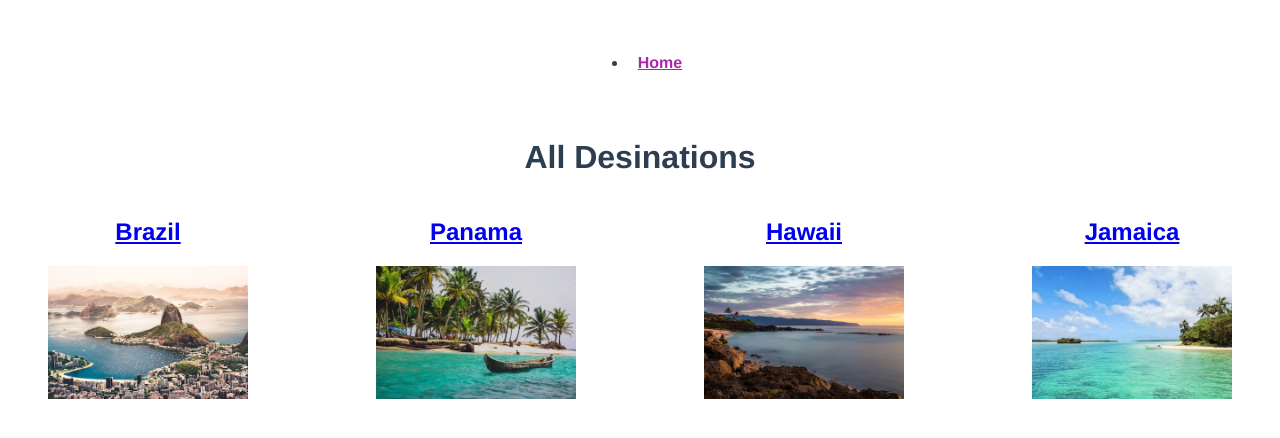
Repository: June-Hall/MiniTravelApp
Page: /
The author's editor kept a copy of each file at every save. The page is drawn from the files as they stood at one save, then again after the next save.
The browser window is 1280 px wide. The pictures show the whole page.
The project was rebuilt for these pictures with package versions that can differ from the ones it lists, and the page was loaded fresh each time. Also part of the build but not shown: vue.config.js.

Above is the page before, as saved 2023-03-30 14:33:56.

After the next save:
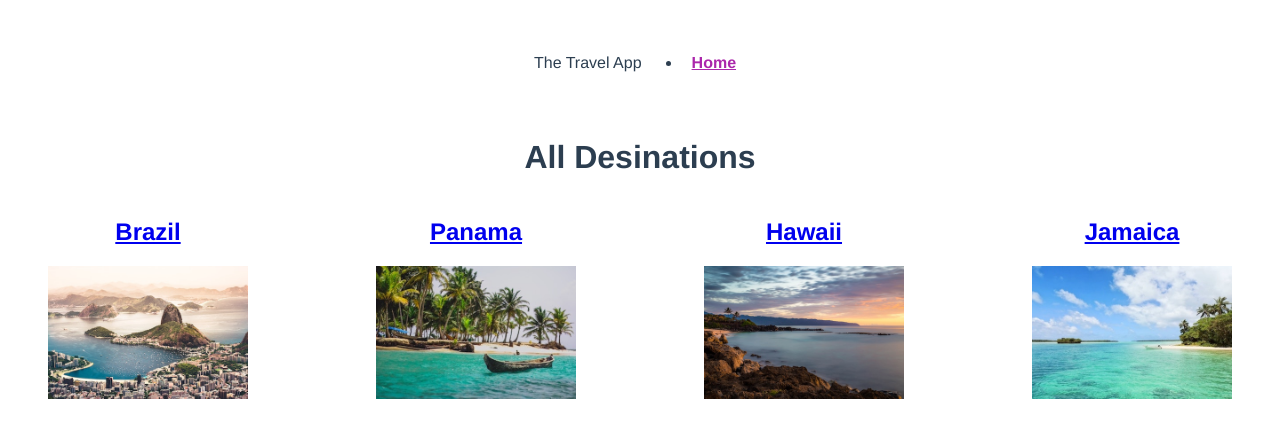
Saved 32 s later.
--- a/src/components/TheNavigation.vue
+++ b/src/components/TheNavigation.vue
@@ -1,6 +1,6 @@
 <template>
   <nav id="nav">
-    <p></p>
+    <p class="logo"> The Travel App</p>
     <ul class="nav-links">
       <li class="links">
         <router-link to="/"> Home </router-link>
